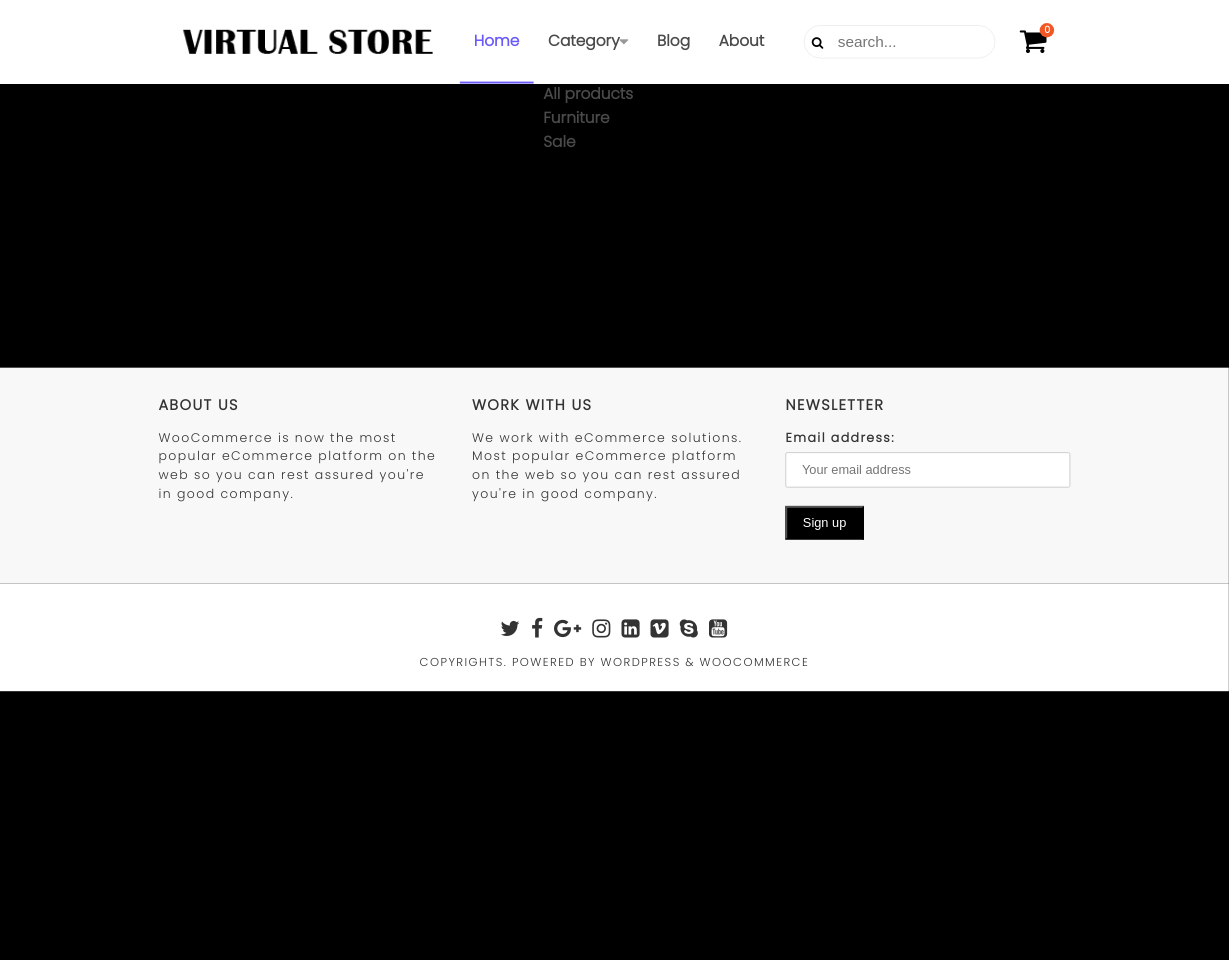
Repository: dungle03/tke_web_nhom_15
Page: index.html
An editor plug-in stored every save of this project. The page is shown before and after the next save, followed by the edit.
The browser window is 1280 px wide. The pictures show the whole page, at 96% of full size.

Above is the page before, as saved 2022-09-13 23:17:23.
Not found: resest.css

### index.html
<!DOCTYPE html>
<html lang="en">
<head>
    <meta charset="UTF-8">
    <meta http-equiv="X-UA-Compatible" content="IE=edge">
    <meta name="viewport" content="width=device-width, initial-scale=1.0">
    <title>Home</title>
    <link
    rel="stylesheet"
    href="https://cdnjs.cloudflare.com/ajax/libs/font-awesome/4.7.0/css/font-awesome.min.css"
    integrity="sha512-SfTiTlX6kk+qitfevl/7LibUOeJWlt9rbyDn92a1DqWOw9vWG2MFoays0sgObmWazO5BQPiFucnnEAjpAB+/Sw=="
    crossorigin="anonymous"
  />
  <link href="https://fonts.googleapis.com/css2?family=Poppins:wght@300&display=swap" rel="stylesheet">
    <link rel="stylesheet" href="./resest.css">
    <link rel="stylesheet" href="./CSS/header.css">
    <link rel="stylesheet"  href="./CSS/footer.css">
</head>
<body>
    <div class="main-header">
        <div class="header" id="head">
            <div class="logo">
                <a href="#head">
                    <img src="./IMG/IMG_LOGO/logo.png" alt="img">
                </a>
            </div>
            <ul class="navi">
                <li class="item active"><a href="#" class="home">Home</a>
                </li>
                <li class="item category-more"><a href="#" class="category">Category</a>
                    <i class="fa fa-caret-down dropdow_caret"></i>
                    <div class="dropdow">
                        <ul class="dropdow-list">
                            <li class="dropdow-item"><a href="#">All products</a></li>
                            <li class="dropdow-item"><a href="#">Furniture</a></li>
                            <li class="dropdow-item"><a href="#">Sale</a></li>
                        </ul>
                    </div>
                </li>
                <li class="item"><a href="#" class="blog">Blog</a>
                </li>
                <li class="item"><a href="#" class="about">About</a>
                </li>
            </ul>
            <div class="wrap-search">
                <i class="fa fa-search icon-search"></i>
                <input type="text" class="input-search" placeholder="search...">
            </div>
            <div class="wrap-incon-cart">
                <i class="fa fa-shopping-cart icon-cart"></i>
            </div>
        </div>
    </div>
    <!-- /////////////////////////////////////// -->
        <div class="footer">
            <div class="main-foot">
                <div class="container">
                    <div class="foot-col">
                        <h3 class="footer-title">ABOUT US</h3>
                        <div class="textwidget">WooCommerce is now the most popular eCommerce platform on the web so you can rest assured you're in good company.</div>
                    </div>
                    <div class="foot-col">
                        <h3 class="footer-title">WORK WITH US</h3>
                        <div class="textwidget">We work with eCommerce solutions. Most popular eCommerce platform on the web so you can rest assured you're in good company.</div>
                    </div>
                    <div class="foot-col">
                        <h3 class="footer-title">NEWSLETTER</h3>
                        <form class="newsletter">
                            <p>
                                <label for="EMAIL" class="label-email">Email address:</label>
                                <input type="email" class="input-email" name="EMAIL" placeholder="Your email address" required="">
                            </p>
                            <p>
                                <input type="submit" class="btn-submit" value="Sign up">
                            </p>
                        </form>
                    </div>
                </div>
            </div>
            <div class="bottom-foot">
                <div class="container">
                    <div class="foot-socials">
                        <ul>
                            <li><a href=""></a><i class="fa fa-twitter"></i></li>
                            <li><a href=""></a><i class="fa fa-facebook"></i></li>
                            <li><a href=""></a><i class="fa fa-google-plus"></i></li>
                            <li><a href=""></a><i class="fa fa-instagram"></i></li>
                            <li><a href=""></a><i class="fa fa-linkedin-square"></i></li>
                            <li><a href=""></a><i class="fa fa-vimeo-square"></i></li>
                            <li><a href=""></a><i class="fa fa-skype"></i></li>
                            <li><a href=""></a><i class="fa fa-youtube-square"></i></li>
                        </ul>
                        <p class="credits">Copyrights. Powered by WordPress & WooCommerce</p>
                    </div>
                </div>
            </div>
        </div>
    </body>
    </html>

### CSS/header.css
html {
    font-family: "Poppins", sans-serif;
    box-sizing: border-box;
    font-size: 62.5%;

  }
  * {
    margin: 0;
    padding: 0;
  }
  *,
  *:before,
  *:after {
    box-sizing: border-box;
  }
  input,
  textarea,
  select,
  button {
    outline: none;
  }
  input {
    line-height: normal;
  }
  label,
  button {
    cursor: pointer;
  }
  a {
    text-decoration: none;
  }
  img {
    display: block;
    max-width: 100%;
  }
  body{
    height: 1000px;
    background-color: black;
  }
/* /////////// HEADER  /////////// */
.main-header{
  width: 100%;
  position: fixed;
  top: 0;
  left: 0;
  background-color: white;
  z-index: 100;
}
.header{
    width: 100%;
    padding:0 190px ;
    display: flex;
    align-items: center;
    justify-content: space-between;
}
  .logo{

}
.navi{
    display: flex;
    width: max-content;
}
.navi a{
  color: #4a4a4a;;

}
.navi .item{
  list-style-type: none;
    /* width: max-content; */
    white-space: nowrap;
    padding:  30px 15px;
    cursor: pointer;
    color: #999;
    font-weight: 600;
    flex: 1;
    display: flex;
    align-items: center;
    justify-content: center;
    border-radius: inherit;
    border-bottom: 2px solid white;
}

.wrap-search{
  position: relative;
}
.icon-search{
  position: absolute;
  top: 50%;
  left: 15px;
  transform: translate(-50%,-50%);
  font-size: 13px;
}
.input-search{
  width: 200px;
  height: 35px;
  padding-left: 35px;
  border-radius: 20px;
  border: 1px solid #eee;
  font-size: 16px;
}
.wrap-incon-cart{
  width: max-content;
  position: relative;
}
.icon-cart{
  font-size: 30px;
}
.wrap-incon-cart::before{
  content: "0";
  display: flex;
  justify-content: center;
  align-items: center;
  position: absolute;
  font-weight:600 ;
  color: white;
  font-size: 10px;
  width: 15px;
  height: 15px;
  border-radius: 15px;
  background-color: #f05724;
  z-index: 100;
  top: -10%;
  right: -30%;
}
.navi .item.active a{
  color: #6a5af9;
}

.navi .item:not(:nth-child(2)):hover{
    color: #6a5af9;
  border-bottom-color: currentColor;
}

.navi .item.active{
  border-bottom-color: #6a5af9;
}

.category-more{
  position: relative;
}

.dropdow{
  position: absolute;
  top: 100%;
}

/* FORTER */
.footer{
  position: absolute  ;
  bottom: 0px;
}
.main-foot{
  background-color:
#f8f8f8;
background-position:
0px 0px;
color:#333333;
font-size:13px;
letter-spacing:1.5px;
line-height:19.6px;
padding:15px 0px 28px 0px;
}

.main-foot .container{
  display: flex;
  padding: 0 150px;
}

.main-foot .container .foot-col{
  display: inline-block;
  width: calc(100% / 3);
  padding:
0px 15px;
}


.main-foot .container .foot-col:first-child, .foot-col:nth-child(2){
  color:
#333333;
letter-spacing:
1.5px;
line-height:
19.6px;
padding:
0px 15px;
}
.footer-title{
  margin: 14px 0;
}

.newsletter{
  color:
#333333;
font-size:
13px;
letter-spacing:
1.5px;
line-height:
19.6px;
}
.label-email{
  font-weight: 700;
  margin-bottom: 6px;
  display: block;
}
.input-email{
  width: 100%;
  background-color:
#ffffff;
background-position:
0px 0px;
border-color:
#cccccc;
border-radius:
2px;
border-style:
solid;
border-width:
1px;
color:
#555555;
font-family:
Arial;
font-size:
13.3333px;
line-height:
19.0476px;
margin:
0px 0px 5px;
padding:
8px 16px;
}
.btn-submit{
  margin: 14px 0px 18px 0px;
  display: inline-block;
  padding: 8px 16px;
  background-color: black;
  color: white;
}

/* /////// */
.bottom-foot{
  background-color:
#ffffff;
background-position:
0px 0px;
color:
#333333;
font-size:
14px;
letter-spacing:
1.5px;
line-height:
19.6px;
padding:
20px 0px;
text-align:
center;
text-transform:
uppercase;
}
li{

  list-style-type: none;
}
.bottom-foot .container{
  margin: 0 auto;
    width: 1180px;
}
.foot-socials ul{
  display: flex;
  width: max-content;
  margin: 15px auto;
}
.foot-socials ul li {
  font-size: 22px;
  margin: 0 5px;
}
.credits{
  font-size: 12px;
}

### CSS/footer.css
html {
    font-family: "Poppins", sans-serif;
    box-sizing: border-box;
    font-size: 16px;

  }
  * {
    margin: 0;
    padding: 0;
  }
  *,
  *:before,
  *:after {
    box-sizing: border-box;
  }
  input,
  textarea,
  select,
  button {
    outline: none;
  }
  input {
    line-height: normal;
  }
  label,
  button {
    cursor: pointer;
  }
  a {
    text-decoration: none;
  }
  img {
    display: block;
    max-width: 100%;
  }

After the next save:
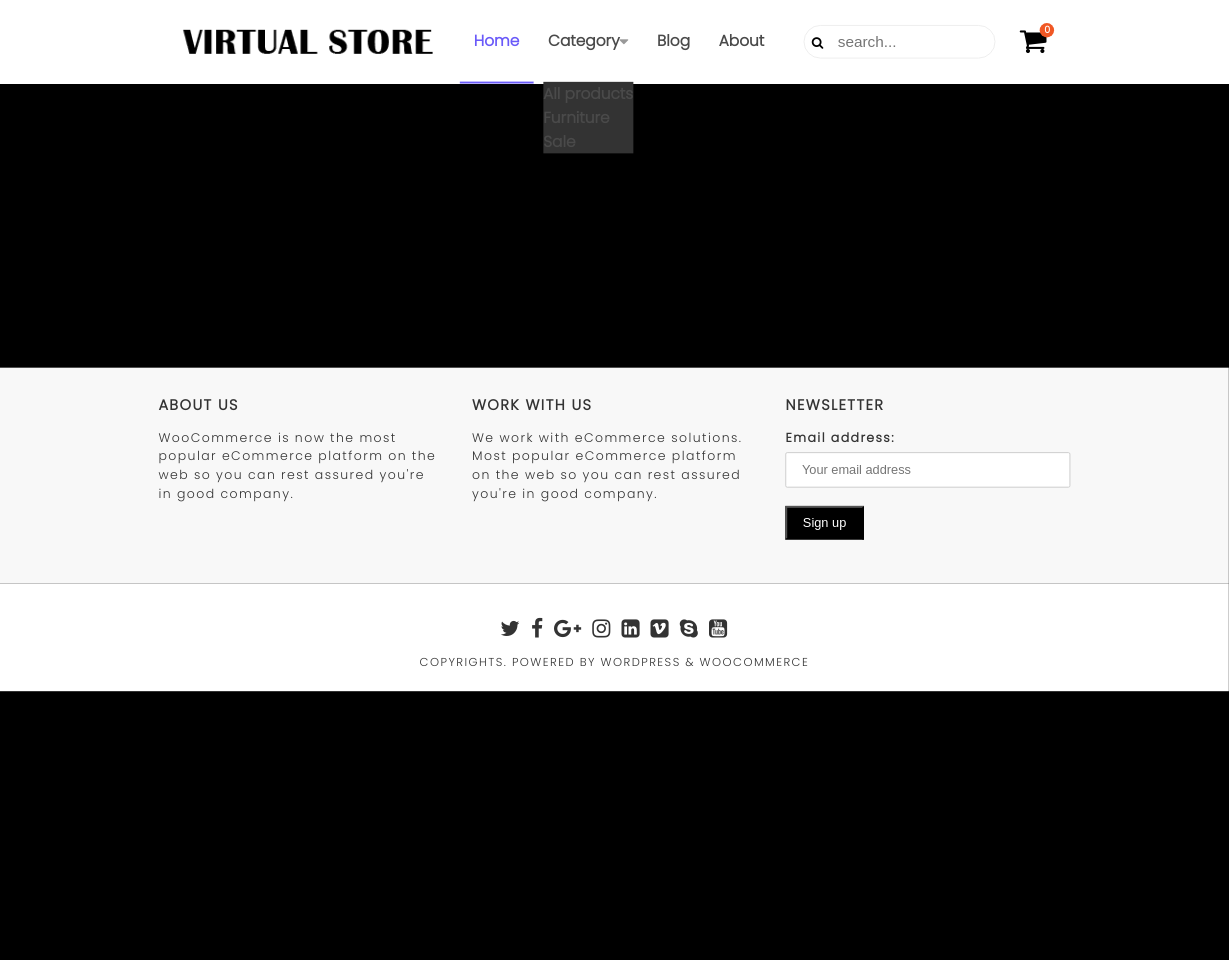
Saved 8 s later.
--- a/CSS/header.css
+++ b/CSS/header.css
@@ -142,6 +142,7 @@ html {
 .dropdow{
   position: absolute;
   top: 100%;
+  background-color: #333333;
 }
 
 /* FORTER */
